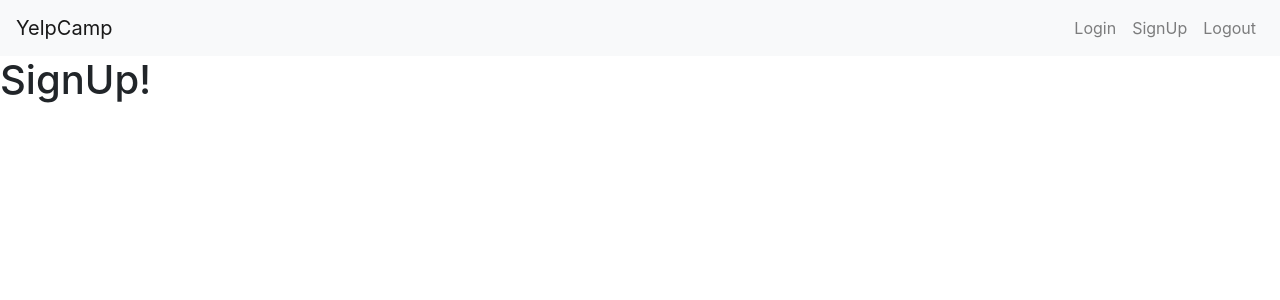
Repository: ninad1999/Yelp-Camp
Page: http://localhost/register
The author's editor kept a record of every edit. The page is drawn from the files as they stood at one moment, then again after the next edit.
The browser window is 1280 px wide. The pictures show the whole page.
The page is served by the project's Node server (V6/app.js). Other server files are loaded and not shown.

Above is the page before.

### workspace/V6/views/register.ejs
<% include ./partials/header %>
<h1>SignUp!</h1>

<form>

</form>

<% include ./partials/footer %>

### workspace/V6/views/partials/header.ejs
<!DOCTYPE html>
<html>
    <head>
        <title>YelpCamp</title>
        <link rel="stylesheet" href="https://stackpath.bootstrapcdn.com/bootstrap/4.1.3/css/bootstrap.min.css">
        <link rel="stylesheet" href="/stylesheets/main.css">
    </head>
    <body>
        <nav class="navbar navbar-expand-lg navbar-light bg-light">
          <a class="navbar-brand" href="\">YelpCamp</a>
          <button class="navbar-toggler" type="button" data-toggle="collapse" data-target="#navbarSupportedContent" aria-controls="navbarSupportedContent" aria-expanded="false" aria-label="Toggle navigation">
            <span class="navbar-toggler-icon"></span>
          </button>

          <div class="collapse navbar-collapse" id="navbarSupportedContent">
            <ul class="navbar-nav mr-auto">
            </ul>
            <ul class="navbar-nav navbar-right">
                <li class="nav-item">
                    <a class="nav-link" href="/login">Login</a>
                </li>
                <li class="nav-item">
                    <a class="nav-link" href="#">SignUp</a>
                </li>
                <li class="nav-item">
                    <a class="nav-link" href="#">Logout</a>
                </li>
            </ul>
          </div>
        </nav>

### workspace/V6/app.js
var express         = require("express"),
    app             = express(),
    bodyParser      = require("body-parser"),
    mongoose        = require("mongoose"),
    passport        = require("passport"),
    LocalStrategy   = require("passport-local"),
    Campground      = require("./models/campground.js"),
    Comment         = require("./models/comment.js"),
    User            = require("./models/user.js"),
    seedDB          = require("./seed");

mongoose.connect("mongodb://localhost:27017/yelp_camp", { useNewUrlParser: true });
app.use(bodyParser.urlencoded({extended: true}));
app.use(express.static(__dirname + "/public"));
// console.log(__dirname); // __dirname: /home/ubuntu/workspace/V5
app.set("view engine", "ejs");
seedDB();

// ---------------------PASSPORT CONFIGURATIONS--------------------
app.use(require("express-session")({
    secret: "This can literally be anything",
    resave: false,
    saveUninitialized: false
}));

app.use(passport.initialize());
app.use(passport.session());
passport.use(new LocalStrategy(User.authenticate()));
passport.serializeUser(User.serializeUser());
passport.deserializeUser(User.deserializeUser());

// --------Middleware for deciding when to dispaly login, signup (when user not logged in) and logout(when user logged in) buttons ------------
app.use(function(req, res, next) {
    res.locals.currentUser = req.user; // this will pass the user to every single template
    next();
})

// ================================
// ROUTES
// ===============================

app.get("/", function(req, res) {
   res.render("landing");
});

// to diplay all the campgrounds
app.get("/campgrounds", function(req, res) {
    // get all campgrounds from DB
    Campground.find({}, function(err, allCampgrounds) {
        if (err) {
            console.log(err);
        } else {
            res.render("campgrounds/index", {campgrounds: allCampgrounds, currentUser: req.user});
            // req.user gives undefined when no user logged in, and gives a user object when user logged in
        }
    });
});

// post route where you can create a new campgrounds
app.post("/campgrounds", function(req, res) {
   var name = req.body.name;
   var image = req.body.image;
   var desc = req.body.description;
   var newCampground = {name:name, image:image, description: desc};
   Campground.create(newCampground, function(err, newAdded) {
       if (err) {
           console.log(err);
       } else {
           res.redirect("/campgrounds");
       }
   });
});

// this route should show the route that will send the data to the post route
app.get("/campgrounds/new", function(req, res) {
    res.render("campgrounds/new");
});

// this is the showpage route
app.get("/campgrounds/:id", function(req, res) {  // comments have been referenced to posts, hence to add them to the comments array, first populate them and execute
    Campground.findById(req.params.id).populate("comments").exec(function(err, foundCampground) { // populating the comments array on the Campground collection
        if (err) {
            console.log(err);
        } else {
            res.render("campgrounds/show", {campground: foundCampground});
        }
    });
});


// =====================
// COMMENT ROUTES
// =====================

app.get("/campgrounds/:id/comments/new", isLoggedIn,  function(req, res) {
    // find campground
    Campground.findById(req.params.id, function(err, campground) {
       if (err) {
           console.log(err);
       } else {
           res.render("comments/new", {campground: campground});
       }
    });
});

app.post("/campgrounds/:id/comments", isLoggedIn, function(req, res) {
   // find campground by id
   Campground.findById(req.params.id, function(err, campground) {
      if (err) {
          console.log(err);
          res.redirect("/campgrounds");
      } else {

          //create new comment
          Comment.create(req.body.comment, function(err, comment) {
              if (err) {
                  console.log(err);
              } else {

                  // connect comment to campground
                  campground.comments.push(comment);
                  campground.save();

                  // redirect campground show page
                  res.redirect("/campgrounds/" + campground._id);
              }
          })
      }
   });
});

// =======================
// AUTH ROUTES
// =======================

// ----------------SIGNUP----------------------

app.get("/register", function(req, res){
   res.render("./register")
});

// signup logic
app.post("/register", function(req, res) {
   var newUser = new User({username: req.body.username});
   User.register(newUser, req.body.password, function(err, user) {
      if (err) {
          console.log(err);
          return res.render("./register") // return so that if there is an wrror we can short circuit and break out of the function
      } else {
            passport.authenticate("local")(req, res, function() {
               res.redirect("/campgrounds");
            });
      }
   });
});

// ------------LOGIN---------------

app.get("/login", function(req, res) {
   res.render("./login");
});

// app.post("/login, middleware, function()");
app.post("/login", passport.authenticate("local",
    {
        successRedirect: "/campgrounds",
        failureRedirect: "/login"
    }), function(req, res) {
});

// --------------LOGOUT------------------

app.get("/logout", function(req, res) {
   req.logout();
   res.redirect("/campgrounds");
});

// --------------MIDDLEWARE for accessing pages-------------
function isLoggedIn(req, res, next) {
    if (req.isAuthenticated()) {

        return next();
    }

    res.redirect("/login");
}




app.listen(process.env.PORT, process.env.IP, function() {
    console.log("The YelpCamp server has started!");
});

### workspace/V6/public/stylesheets/main.css
.img-thumbnail img {
    width: 100%;
}

.img-thumbnail {
    padding: 0;
}

.img-thumbnail .caption-full {
    padding:9px;
}

Loaded but not shown: workspace/V6/views/partials/footer.ejs (common file)

After the next edit:
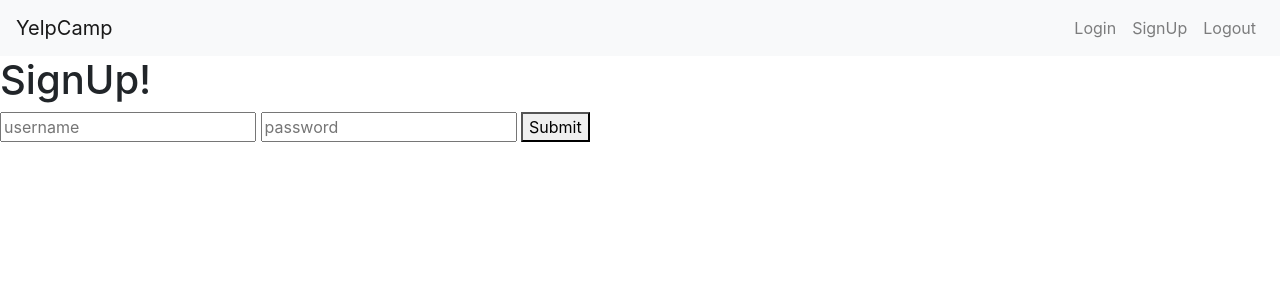
The edit:
--- a/workspace/V6/views/register.ejs
+++ b/workspace/V6/views/register.ejs
@@ -2,7 +2,9 @@
 <h1>SignUp!</h1>
 
 <form>
-
+    <input type="text" name="username" placeholder="username">
+    <input type="password" name="password" placeholder="password">
+    <button>Submit</button>
 </form>
 
 <% include ./partials/footer %>
